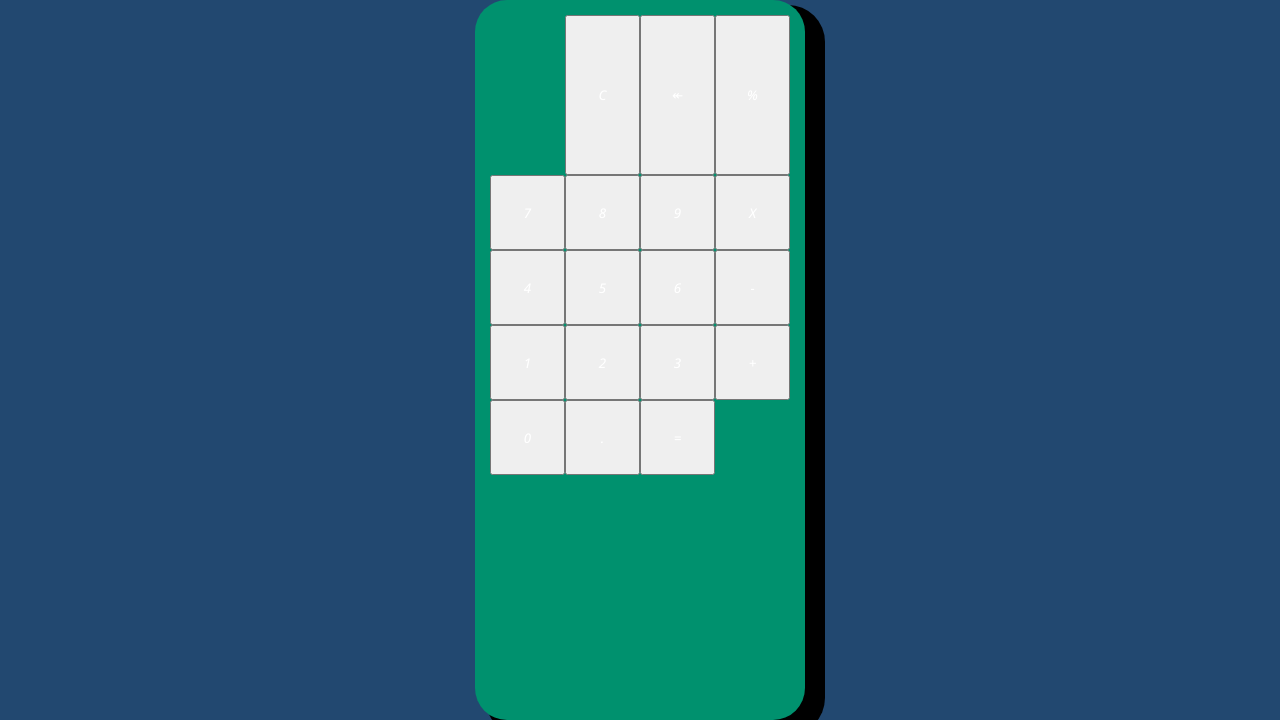
Repository: jhonenmanuel1/javaScript-calculator
Page: src/index.html
The author's editor kept a copy of each file at every save. The page is drawn from the files as they stood at one save, then again after the next save.
The browser window is 1280 px wide. The pictures show the whole page.

Above is the page before, as saved 2022-08-02 23:13:37.

### src/index.html
<!DOCTYPE html>
<html lang="en">
  <head>
    <meta charset="UTF-8" />
    <meta http-equiv="X-UA-Compatible" content="IE=edge" />
    <meta name="viewport" content="width=device-width, initial-scale=1.0" />
    <title>JavaScript Calculator</title>
    <link href="https://fonts.googleapis.com/css2?family=Open+Sans:ital,wght@1,500&display=swap" rel="stylesheet">
    <link href="styles.css" rel="stylesheet"/>
  </head>
  <body>
    <div class="container">
      <div class="calculator">
        <div class="display">
          <div id="last-value"></div>
          <div id="actual-value"></div>
        </div>
        <button class="col-2"> C</button>
        <button>&Larr;</button>
        <button class="number">%</button>
        <button class="number">7</button>
        <button class="number">8</button>
        <button class="number">9</button>
        <button class="operator" >X</button>
        <button class="number">4</button>
        <button class="number">5</button>
        <button class="number">6</button>
        <button class="operator">-</button>
        <button class="number">1</button>
        <button class="number">2</button>
        <button class="number">3</button>
        <button class="operator">+</button>
        <button class=" col-2 number">0</button>
        <button class="number">.</button>
        <button class="operator">=</button>
      </div>
    </div>
  </body>
</html>

### src/styles.css
* {
    font-family: 'Open Sans', sans-serif;
    color: #fff;
}
body{
    margin: 0;
    background-color: #224870;
}
.container{
    display: flex;
    justify-content: center;
    height: 100vh;

}
.calculator{
    display: grid;
    grid-template-columns: repeat(4, 75px);
    grid-template-rows: 160px repeat(5, 75px);
    background-color: #00916e;
    padding: 15px;
    border-radius: 32px;
    box-shadow: 15px  10px 0px 5px #000000;

}

After the next save:
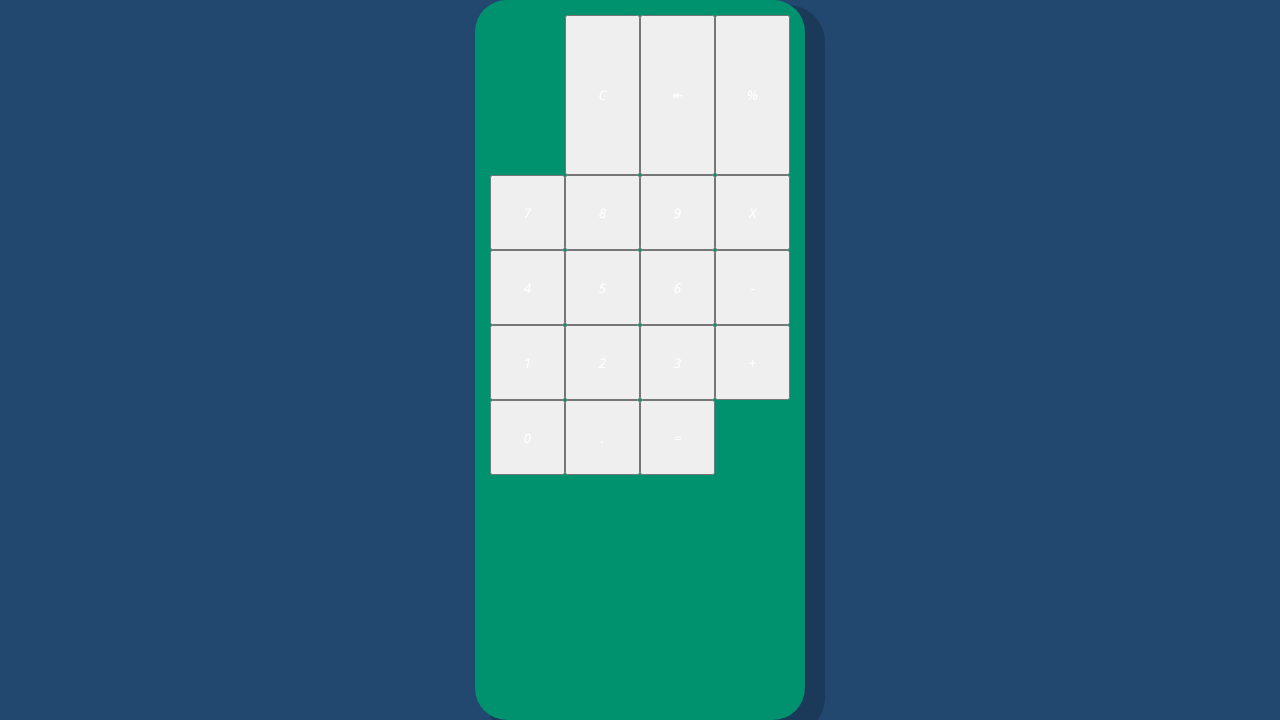
Saved 11 s later.
--- a/src/styles.css
+++ b/src/styles.css
@@ -19,6 +19,6 @@ body{
     background-color: #00916e;
     padding: 15px;
     border-radius: 32px;
-    box-shadow: 15px  10px 0px 5px #000000;
+    box-shadow: 15px  10px 0px 5px #00000033;
 
 }
